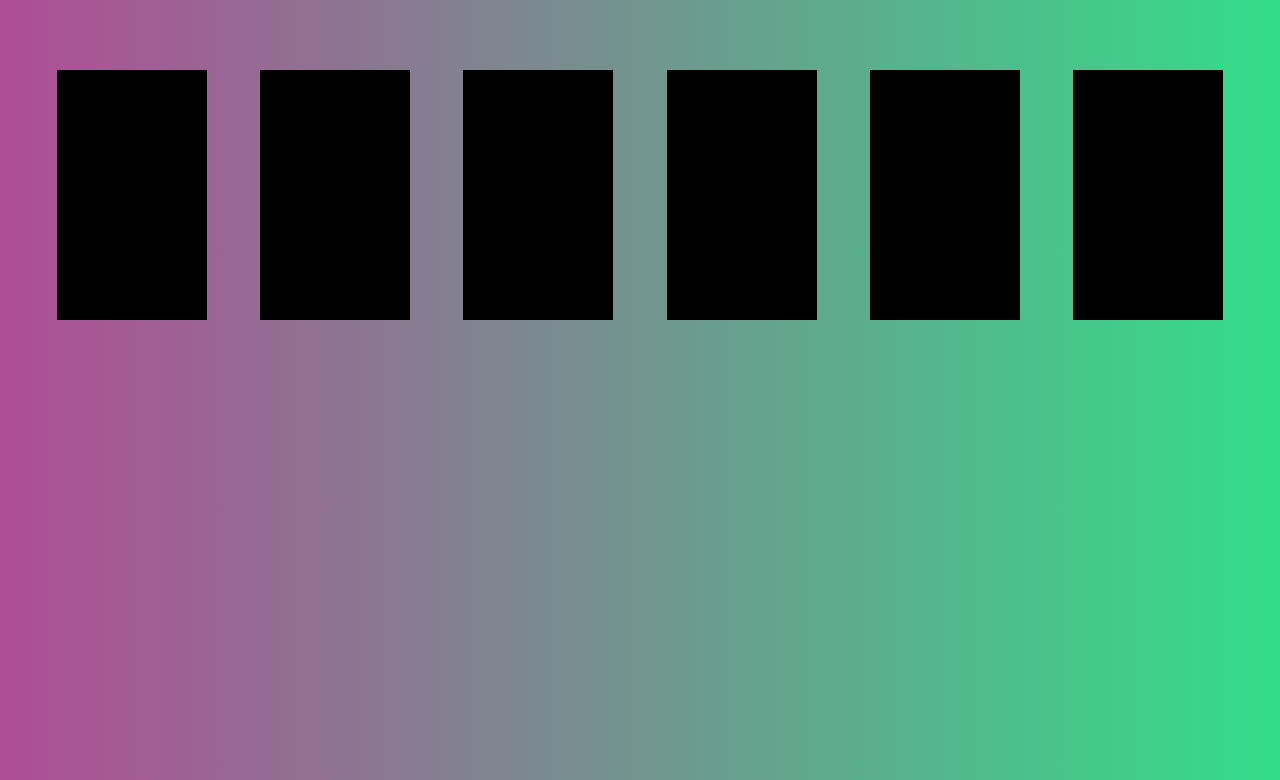
Repository: lausamtuong/profileCard
Page: index.html
The author's editor kept a copy of each file at every save. The page is drawn from the files as they stood at one save, then again after a run of saves.
The browser window is 1280 px wide. The pictures show the whole page.
The style sheet was rebuilt from its Sass, Less or Tailwind sources for each picture, by a compiler version that may differ from the author's.

Above is the page before, as saved 2021-12-14 14:59:23.

### index.html
<!DOCTYPE html>
<html lang="en">
<head>
    <meta charset="UTF-8">
    <meta http-equiv="X-UA-Compatible" content="IE=edge">
    <meta name="viewport" content="width=device-width, initial-scale=1.0">
    <link rel="stylesheet" href="style.css">
    <title>Document</title>
</head>
<body>
    <div class="card__list">
        <div class="card__item"></div>
        <div class="card__item"></div>
        <div class="card__item"></div>
        <div class="card__item"></div>
        <div class="card__item"></div>
        <div class="card__item"></div>

    </div>
</body>
</html>

### style.scss
*{
    margin: 0;
    padding: 0;
    box-sizing: border-box;
}
body{
    height: 100vh;
    background-image: linear-gradient(to right, #af4d96, #3d8);
}
.card{
    &__list{
        margin: 120px auto;
      display: flex;
      flex-wrap: wrap;
      justify-content: space-around;
      margin: 60px 30px;
    }
    &__item{
        width:150px;
        height:250px;
        background-color: #000;
        margin: 10px;
    }
}

After the next 3 saves:
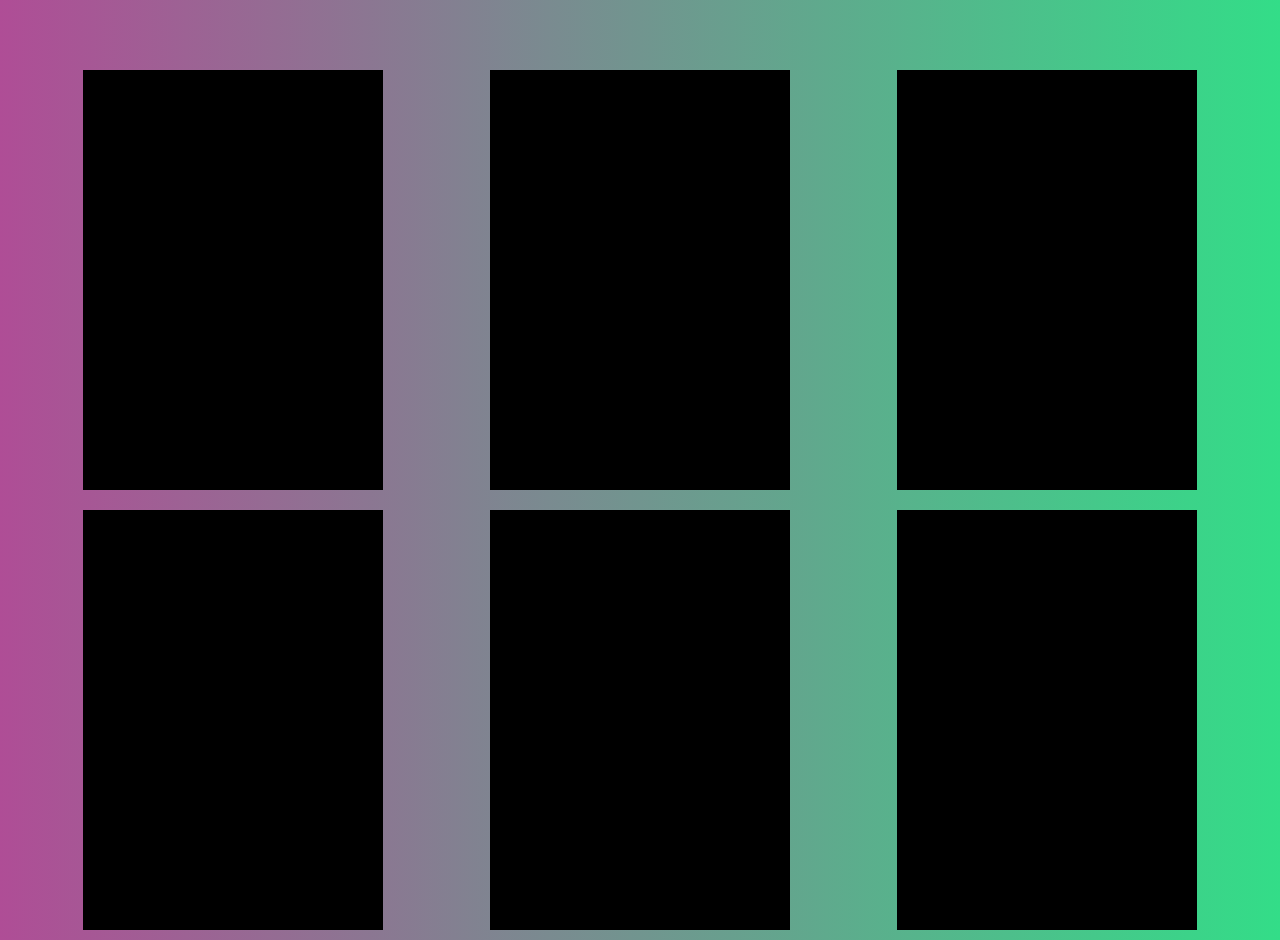
The 3 saves are shown as one change because they came seconds apart.
The last was saved 53 s later.
--- a/style.scss
+++ b/style.scss
@@ -16,8 +16,8 @@ body{
       margin: 60px 30px;
     }
     &__item{
-        width:150px;
-        height:250px;
+        width:300px;
+        height:420px;
         background-color: #000;
         margin: 10px;
     }
